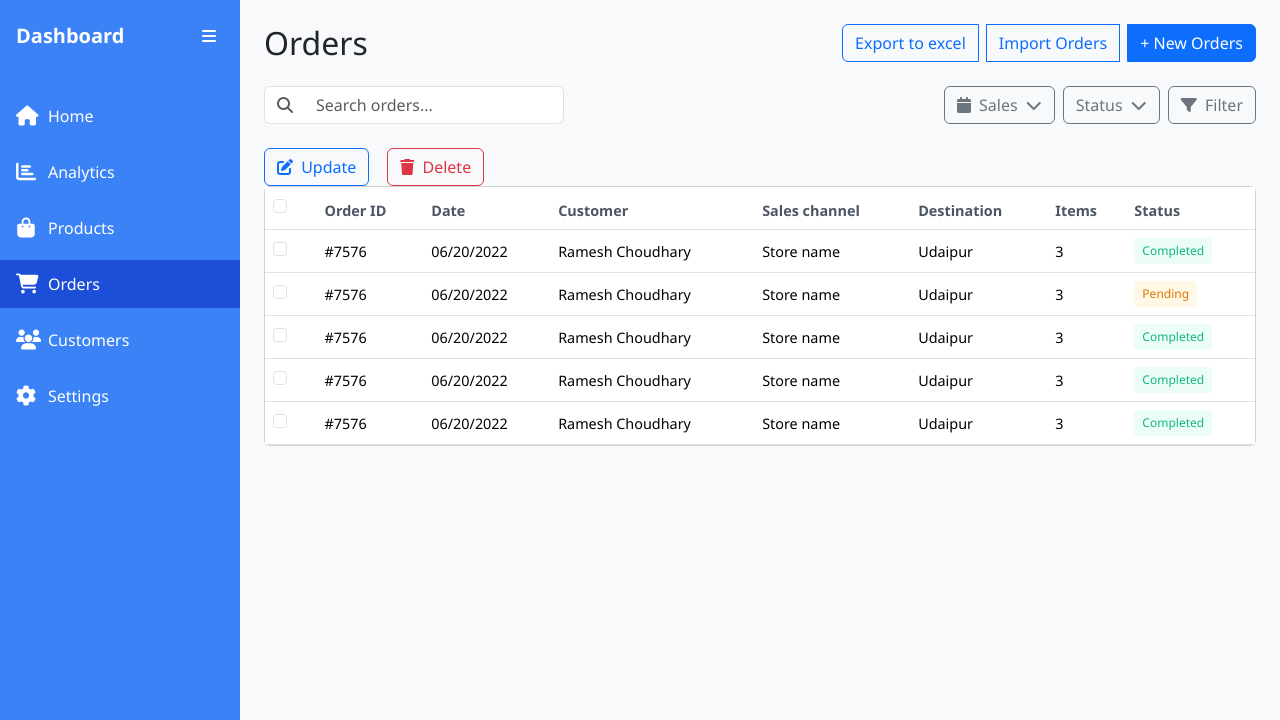
Repository: AditiAjitSalvi/Inventory_Managment
Page: Inventory_Managment_System/Inventory/src/main/webapp/Order.html
The author's editor kept a copy of each file at every save. The page is drawn from the files as they stood at one save, then again after the next save.
The browser window is 1280 px wide. The pictures show the whole page.

Above is the page before, as saved 2025-05-22 16:08:58.
Console error: TypeError: Cannot read properties of null (reading 'getContext')

### Inventory_Managment_System/Inventory/src/main/webapp/Order.html

<!DOCTYPE html>
<html lang="en">
<head>
<meta charset="UTF-8">
<meta name="viewport" content="width=device-width, initial-scale=1.0">
<title>Orders</title>
<!-- Bootstrap CSS -->
<link
	href="https://cdn.jsdelivr.net/npm/bootstrap@5.3.2/dist/css/bootstrap.min.css"
	rel="stylesheet">
<!-- Font Awesome for icons -->
<link rel="stylesheet"
	href="https://cdnjs.cloudflare.com/ajax/libs/font-awesome/6.4.2/css/all.min.css">
<!-- Custom CSS -->
<style>
/* Main Layout */
body {
	margin: 0;
	padding: 0;
	background-color: #f8f9fa;
	font-family: 'Segoe UI', Tahoma, Geneva, Verdana, sans-serif;
}

.dashboard-container {
	display: flex;
	min-height: 100vh;
}

/* Sidebar Styles */
.sidebar {
	width: 240px;
	background-color: #3b82f6; /* Blue 600 equivalent */
	color: white;
	transition: all 0.3s ease-in-out;
	display: flex;
	flex-direction: column;
}

.sidebar.collapsed {
	width: 64px;
}

.sidebar-header {
	display: flex;
	justify-content: space-between;
	align-items: center;
	padding: 16px;
}

.sidebar-title {
	font-size: 1.25rem;
	font-weight: bold;
	margin: 0;
}

.sidebar-toggle {
	background: transparent;
	border: none;
	color: white;
	cursor: pointer;
	padding: 8px;
}

.sidebar-toggle:hover {
	background-color: rgba(255, 255, 255, 0.1);
	border-radius: 4px;
}

.sidebar-menu {
	display: flex;
	flex-direction: column;
	padding-top: 16px;
}

.sidebar-link {
	display: flex;
	align-items: center;
	padding: 12px 16px;
	text-decoration: none;
	color: white;
	margin: 4px 0;
	transition: background-color 0.2s;
}

.sidebar-link:hover {
	background-color: #2563eb; /* Blue 700 equivalent */
	color: white;
}

.sidebar-link.active {
	background-color: #1d4ed8; /* Blue 800 equivalent */
	color: white;
}

.sidebar-link i {
	font-size: 1.25rem;
	width: 20px;
	text-align: center;
}

.sidebar-link .link-text {
	margin-left: 12px;
	white-space: nowrap;
}

.sidebar.collapsed .sidebar-title, .sidebar.collapsed .link-text {
	display: none;
}

/* Main Content */
.main-content {
	flex: 1;
	padding: 24px;
	overflow-y: auto;
}

/* Stat Cards */
.stat-card {
	border-radius: 8px;
	border: 1px solid rgba(0, 0, 0, 0.125);
	box-shadow: 0 1px 3px rgba(0, 0, 0, 0.1);
}

.stat-icon {
	font-size: 1.25rem;
	color: #6b7280; /* Text muted equivalent */
}

.stat-title {
	font-size: 0.875rem;
	color: #6b7280; /* Text muted equivalent */
	margin-bottom: 4px;
}

.stat-value {
	font-size: 1.5rem;
	font-weight: bold;
	margin: 0;
}

/* Chart Container */
.chart-container {
	height: 320px;
	width: 100%;
}

/* Product Visualization */
.product-visualization {
	height: 256px;
	background-color: #312e81; /* Indigo 950 equivalent */
	border-radius: 50%;
}

/* Status Badges */
.status {
	padding: 4px 8px;
	border-radius: 4px;
	font-size: 0.75rem;
	font-weight: 500;
	display: inline-block;
	text-align: center;
}

.status.pending {
	background-color: #fff8e6;
	color: #d97706; /* Amber 500 equivalent */
}

.status.urgent {
	background-color: #fef2f2;
	color: #ef4444; /* Red 500 equivalent */
}

.status.completed {
	background-color: #ecfdf5;
	color: #10b981; /* Green 500 equivalent */
}

/* Orders Page Styles */
.orders-container {
	max-width: 100%;
	margin: 0 auto;
}

.search-wrapper {
	width: 300px;
}

.order-table {
	font-size: 0.9rem;
}

.order-table th {
	font-weight: 600;
	color: #4b5563;
	border-bottom-width: 1px;
}

.order-table td {
	vertical-align: middle;
}

.order-table .form-check {
	margin: 2;
}

/* Responsive Adjustments */
@media ( max-width : 768px) {
	.sidebar {
		width: 64px;
	}
	.sidebar .sidebar-title, .sidebar .link-text {
		display: none;
	}
	.main-content {
		padding: 16px;
	}
	.orders-container .btn-group {
		display: flex;
		flex-direction: column;
	}
	.orders-container .btn-group .btn {
		margin-bottom: 8px;
		margin-right: 0 !important;
	}
	.search-wrapper {
		width: 100%;
		margin-bottom: 16px;
	}
}

.action-buttons {
	position: absolute;
	right: 20px;
	top: 150px;
	display: flex;
	gap: 10px;
}

@media ( max-width : 992px) {
	.orders-container .d-flex {
		flex-direction: column;
	}
	.orders-container .d-flex .btn {
		margin-bottom: 8px;
	}
}

.card:hover {
	transform: translateY(-5px);
	box-shadow: 0 10px 20px rgba(0, 0, 0, 0.1);
	transition: 0.3s ease;
}
</style>
</head>
<body>
	<div class="dashboard-container">
		<!-- Sidebar -->
		<div class="sidebar" id="sidebar">
			<div class="sidebar-header">
				<h2 class="sidebar-title">Dashboard</h2>
				<button class="btn sidebar-toggle" id="sidebarToggle">
					<i class="fa fa-bars"></i>
				</button>
			</div>
			<div class="sidebar-menu">
				<a href="index.html" class="sidebar-link"> <i class="fa fa-home"></i>
					<span class="link-text">Home</span>
				</a> <a href="#" class="sidebar-link"> <i class="fa fa-chart-bar"></i>
					<span class="link-text">Analytics</span>
				</a> <a href="#" class="sidebar-link"> <i class="fa fa-shopping-bag"></i>
					<span class="link-text">Products</span>
				</a> <a href="orders.html" class="sidebar-link active"> <i
					class="fa fa-shopping-cart"></i> <span class="link-text">Orders</span>
				</a> <a href="#" class="sidebar-link"> <i class="fa fa-users"></i> <span
					class="link-text">Customers</span>
				</a> <a href="#" class="sidebar-link"> <i class="fa fa-cog"></i> <span
					class="link-text">Settings</span>
				</a>
			</div>
		</div>

		<!-- Main Content -->
		<div class="main-content">
			<div class="orders-container">
				<div class="d-flex justify-content-between align-items-center mb-4">
					<h2 class="m-0">Orders</h2>
					<div class="btn-group">
						<button class="btn btn-outline-primary me-2">Export to
							excel</button>
						<button class="btn btn-outline-primary me-2">Import
							Orders</button>
						<button class="btn btn-primary">+ New Orders</button>
					</div>
				</div>

				<div class="d-flex justify-content-between align-items-center mb-4">
					<div class="search-wrapper">
						<div class="input-group">
							<span class="input-group-text bg-white border-end-0"> <i
								class="fa fa-search text-muted"></i>
							</span> <input type="text" class="form-control border-start-0"
								placeholder="Search orders...">
						</div>
					</div>
					<div class="d-flex">
						<button class="btn btn-outline-secondary me-2">
							<i class="fa fa-calendar me-1"></i> <span>Sales</span> <i
								class="fa fa-chevron-down ms-1"></i>
						</button>
						<button class="btn btn-outline-secondary me-2">
							<span>Status</span> <i class="fa fa-chevron-down ms-1"></i>
						</button>
						<button class="btn btn-outline-secondary">
							<i class="fa fa-filter me-1"></i> <span>Filter</span>
						</button>
					</div>
				</div>
				<div class="d-flex"
					style="right: 50px; top: 150px; display: flex; gap: 10px;">
					<button class="btn btn-outline-primary me-2">
						<i class="fa fa-edit me-1"></i> <span>Update</span>
					</button>
					<button class="btn btn-outline-danger">
						<i class="fa fa-trash me-1"></i> <span>Delete</span>
					</button>
				</div>


				<div class="card">
					<div class="card-body p-0">
						<div class="table-responsive">
							<table class="table order-table mb-0">
								<thead>
									<tr>
										<th>
											<div class="form-check">
												<input class="form-check-input" type="checkbox"
													id="selectAll"> <label class="form-check-label"
													for="selectAll"></label>
											</div>
										</th>
										<th>Order ID</th>
										<th>Date</th>
										<th>Customer</th>
										<th>Sales channel</th>
										<th>Destination</th>
										<th>Items</th>
										<th>Status</th>
									</tr>
								</thead>
								<tbody>
									<tr>
										<td>
											<div class="form-check">
												<input class="form-check-input" type="checkbox"> <label
													class="form-check-label"></label>
											</div>
										</td>
										<td>#7576</td>
										<td>06/20/2022</td>
										<td>Ramesh Choudhary</td>
										<td>Store name</td>
										<td>Udaipur</td>
										<td>3</td>
										<td><span class="status completed">Completed</span></td>
									</tr>
									<tr>
										<td>
											<div class="form-check">
												<input class="form-check-input" type="checkbox"> <label
													class="form-check-label"></label>
											</div>
										</td>
										<td>#7576</td>
										<td>06/20/2022</td>
										<td>Ramesh Choudhary</td>
										<td>Store name</td>
										<td>Udaipur</td>
										<td>3</td>
										<td><span class="status pending">Pending</span></td>
									</tr>
									<tr>
										<td>
											<div class="form-check">
												<input class="form-check-input" type="checkbox"> <label
													class="form-check-label"></label>
											</div>
										</td>
										<td>#7576</td>
										<td>06/20/2022</td>
										<td>Ramesh Choudhary</td>
										<td>Store name</td>
										<td>Udaipur</td>
										<td>3</td>
										<td><span class="status completed">Completed</span></td>
									</tr>
									<tr>
										<td>
											<div class="form-check">
												<input class="form-check-input" type="checkbox"> <label
													class="form-check-label"></label>
											</div>
										</td>
										<td>#7576</td>
										<td>06/20/2022</td>
										<td>Ramesh Choudhary</td>
										<td>Store name</td>
										<td>Udaipur</td>
										<td>3</td>
										<td><span class="status completed">Completed</span></td>
									</tr>
									<tr>
										<td>
											<div class="form-check">
												<input class="form-check-input" type="checkbox"> <label
													class="form-check-label"></label>
											</div>
										</td>
										<td>#7576</td>
										<td>06/20/2022</td>
										<td>Ramesh Choudhary</td>
										<td>Store name</td>
										<td>Udaipur</td>
										<td>3</td>
										<td><span class="status completed">Completed</span></td>
									</tr>
								</tbody>
							</table>
						</div>
					</div>
				</div>
			</div>
		</div>
	</div>

	<!-- Bootstrap Bundle with Popper -->
	<script
		src="https://cdn.jsdelivr.net/npm/bootstrap@5.3.2/dist/js/bootstrap.bundle.min.js"></script>
	<!-- Custom JS -->

	<script>
 // Wait for the DOM to be fully loaded
    document.addEventListener('DOMContentLoaded', function() {
        // Sidebar toggle functionality
        const sidebarToggle = document.getElementById('sidebarToggle');
        const sidebar = document.getElementById('sidebar');

        sidebarToggle.addEventListener('click', function() {
            sidebar.classList.toggle('collapsed');
        });

        // Check if we're on mobile
        function checkMobile() {
            if (window.innerWidth < 768) {
                sidebar.classList.add('collapsed');
            } else {
                sidebar.classList.remove('collapsed');
            }
        }

        // Initial check
        checkMobile();

        // Listen for window resize
        window.addEventListener('resize', checkMobile);

        // Initialize Sales Chart
        const salesChartCtx = document.getElementById('salesChart').getContext('2d');
        const salesChart = new Chart(salesChartCtx, {
            type: 'bar',
            data: {
                labels: ['Jan', 'Feb', 'Mar', 'Apr'],
                datasets: [
                    {
                        label: 'Previous',
                        data: [65, 75, 85, 90],
                        backgroundColor: '#FFD700', // Gold color
                    },
                    {
                        label: 'Current',
                        data: [80, 65, 70, 75],
                        backgroundColor: '#6366F1', // Indigo color
                    }
                ]
            },
            options: {
                responsive: true,
                maintainAspectRatio: false,
                scales: {
                    y: {
                        beginAtZero: true,
                        grid: {
                            drawBorder: false,
                            color: 'rgba(200, 200, 200, 0.2)',
                        }
                    },
                    x: {
                        grid: {
                            display: false
                        }
                    }
                },
                plugins: {
                    legend: {
                        position: 'top',
                    }
                }
            }
        });
    });
    document.addEventListener('DOMContentLoaded', function() {
        // Select all checkbox functionality
        const selectAllCheckbox = document.getElementById('selectAll');
        if (selectAllCheckbox) {
            selectAllCheckbox.addEventListener('change', function() {
                const checkboxes = document.querySelectorAll('table .form-check-input');
                checkboxes.forEach(checkbox => {
                    checkbox.checked = selectAllCheckbox.checked;
                });
            });
        }

        // Individual checkbox change handler
        const checkboxes = document.querySelectorAll('table .form-check-input:not(#selectAll)');
        checkboxes.forEach(checkbox => {
            checkbox.addEventListener('change', function() {
                const allChecked = Array.from(checkboxes).every(cb => cb.checked);
                const someChecked = Array.from(checkboxes).some(cb => cb.checked);

                if (selectAllCheckbox) {
                    selectAllCheckbox.checked = allChecked;
                    selectAllCheckbox.indeterminate = someChecked && !allChecked;
                }
            });
        });

        // Search functionality
        const searchInput = document.querySelector('.search-wrapper input');
        if (searchInput) {
            searchInput.addEventListener('input', function() {
                const searchText = searchInput.value.toLowerCase();
                const rows = document.querySelectorAll('tbody tr');

                rows.forEach(row => {
                    const text = row.textContent.toLowerCase();
                    if (text.includes(searchText)) {
                        row.style.display = '';
                    } else {
                        row.style.display = 'none';
                    }
                });
            });
        }
    });
    </script>
</body>
</html>

After the next save:
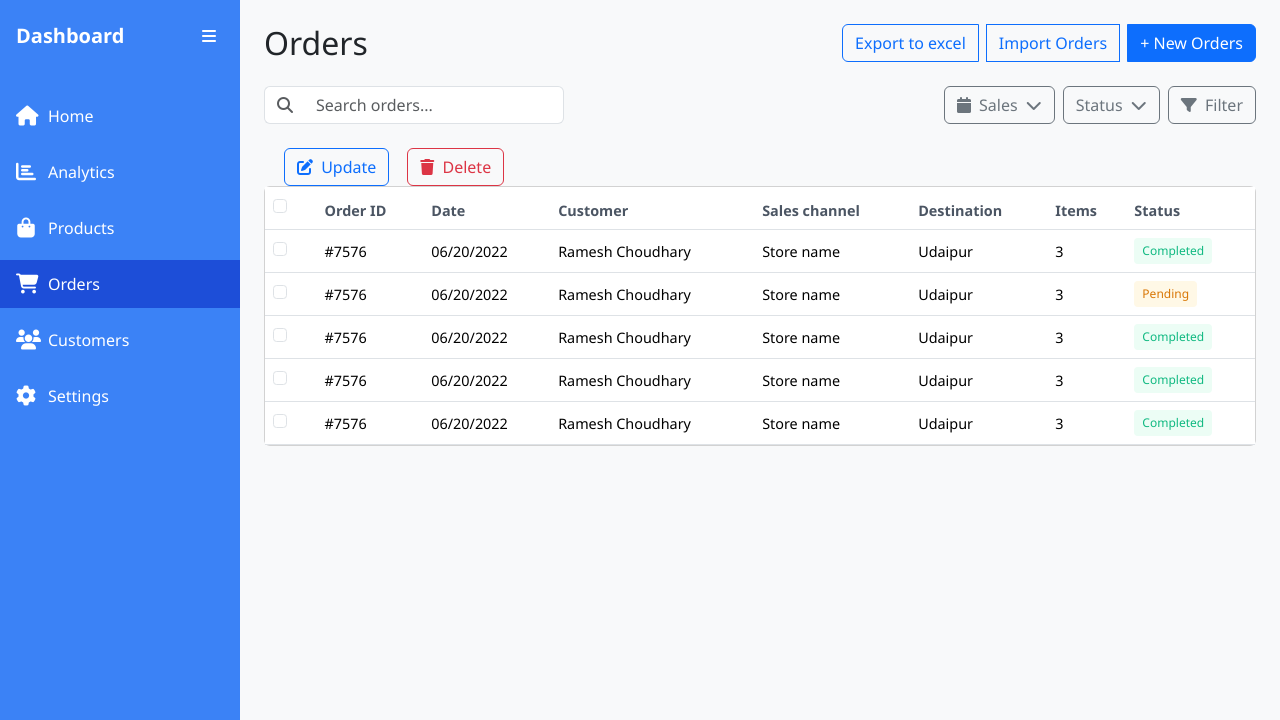
Saved 35 s later.
--- a/Inventory_Managment_System/Inventory/src/main/webapp/Order.html
+++ b/Inventory_Managment_System/Inventory/src/main/webapp/Order.html
@@ -318,7 +318,7 @@ body {
 					</div>
 				</div>
 				<div class="d-flex"
-					style="right: 50px; top: 150px; display: flex; gap: 10px;">
+					style="right: 50px; top: 150px; display: flex; gap: 10px;margin-left:20px;">
 					<button class="btn btn-outline-primary me-2">
 						<i class="fa fa-edit me-1"></i> <span>Update</span>
 					</button>
